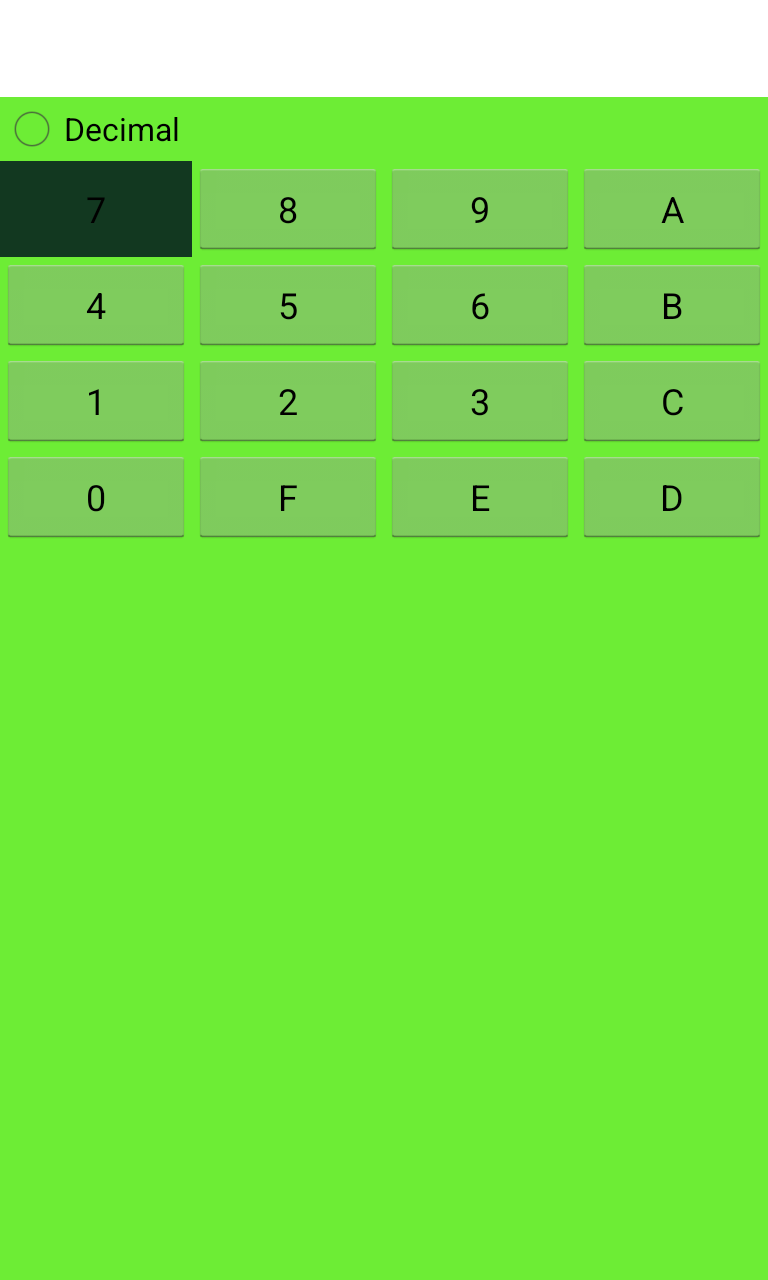
Repository: RamDion/BSIT_Calculator
Layout: CcsCalcu/res/layout/activity_calculator.xml
An editor plug-in stored every save of this project. The layout is shown before and after the next save, followed by the edit.
It is drawn on a 768 x 1280 px phone screen (xhdpi) without system bars, with theme AppTheme; the app's code is not run.

Above is the layout before, as saved 2014-09-04 05:21:12.

After the next save:
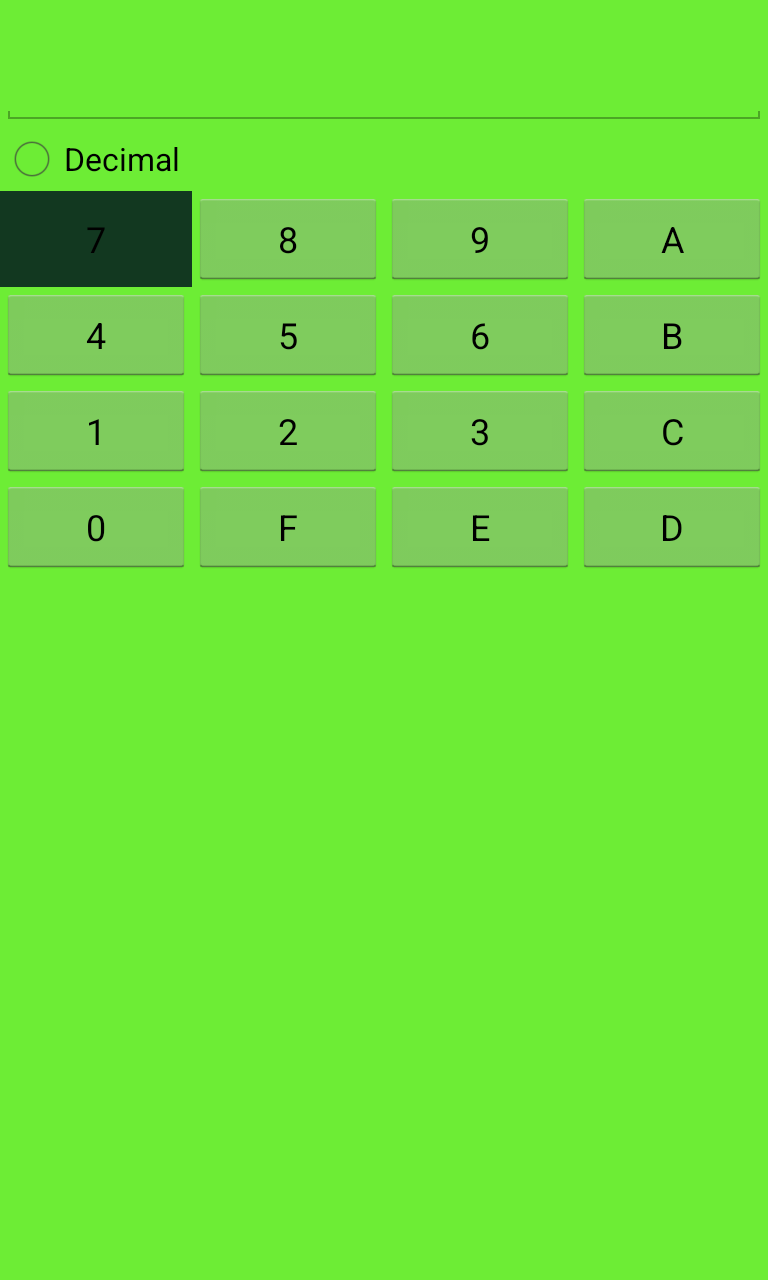
Saved 39 s later.
--- a/CcsCalcu/res/layout/activity_calculator.xml
+++ b/CcsCalcu/res/layout/activity_calculator.xml
@@ -18,7 +18,6 @@
 
             <EditText
                 android:id="@+id/calc_screen"
-                android:background="#ffffff"
                 android:layout_weight="1"
                 android:layout_width="0dip"
                 android:layout_height="wrap_content"
